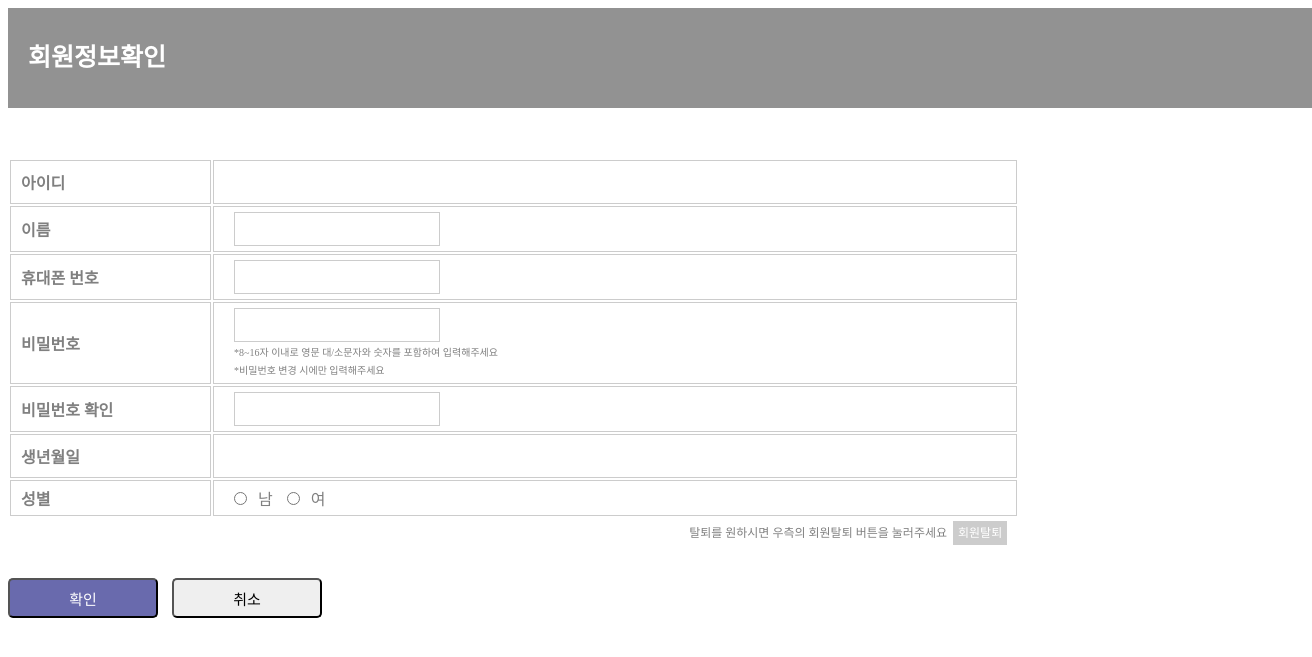
Repository: euzny/Spring-Website
Page: http://localhost/anafor/WEB-INF/views/my_info/info.jsp
These files come from the project's save history. The page is drawn as it stood at one moment and after the next save; the edit follows.
The browser window is 1280 px wide. The page is 1312 px wide, then 1280 px, so the pictures cover 1312 px, including what lies to the right of the window. The pictures show the whole page.
The page is served by Tomcat 9. Nobody is signed in. Other server files are loaded and not shown. The template is opened directly, without the code that normally fills it, so the values that code supplies are empty.

Above is the page before, as saved 2022-06-21 10:38:13.
Console error: ReferenceError: $ is not defined

### Workspace/anafor/src/main/webapp/WEB-INF/views/my_info/info.jsp
<%@ page language="java" contentType="text/html; charset=UTF-8"
    pageEncoding="UTF-8"%>
<%@ taglib prefix="c" uri="http://java.sun.com/jsp/jstl/core" %>
<!DOCTYPE html>
<html>
<head>
<meta charset="UTF-8">
<title>Insert title here</title>
<script type="text/javascript" src="js/join-check.js"></script>
<style>
	#titlename{ width:100%; background:#929292; height:60px; text-align:left; font-size:25px; font-weight:700; line-height:60px; padding: 20px; color:#FFFFFF; }
	table { width: 80%;  }
	table th{width:20%;}
	table td{width:80%;}
	table th, table td {text-align:left;}
	table th, table td {border:1px solid #ccc; padding: 5px 10px; color: gray; }
	#userInfo{
		margin-top:50px;
	}
	input[type="text"],input[type="password"]{
		margin-left:10px;
		border:1px solid #ccc;
		width:200px;
		height:30px;
	}
	input[type="radio"]{
		margin-left:10px;
	}

	#user_birth, #user_id{
		border:0px;
	}
	span{
		font-size:12px;
		margin-left:10px;
	}
	#pwcond{
		font-size:10px;
		margin:0px 0px 0px 10px;

	}

		input[type="button"]{
		width:150px;
		height:40px;
		margin-right:10px;
		margin-top:30px;
		border-radius:5px;
		font-size:15px;
		color:#FFFFFF;
		cursor:pointer;
	}

	input[type="button"]:nth-child(1){
		background:#696AAD;
	}
	input[type="button"]:nth-child(2){
		color:#000000;
	}
	.invalid{color:red;}
	.valid{color:green;}

	#delete-user{
		background:#ccc;
		color:white;
		padding:5px;
	}

	#namemsg, #telmsg, #pwmsg, #pwchkmsg{
		display:inline-block;
		width:300px;
	}
	input:focus{
		border:1px solid #696AAD;
	}
</style>
</head>
<body>
		<div id = "titlename">회원정보확인</div>
		<div id="userInfo">
			<form action="userinfoUpdate" method="post">
			<input type="hidden" name="user_pw" value="${loginInfo.user_pw}"/>
			<table>
				<tr>
					<th>아이디</th>
					<td><input type="text" name="user_id" id="user_id" value="${loginInfo.user_id}" readonly="readonly"/></td>
				</tr>
				<tr>
					<th>이름</th>
					<td><input type="text" name="user_name" class="chk" value = "${loginInfo.user_name}"/><span id="namemsg"></span></td>
				</tr>
				<tr>
					<th>휴대폰 번호</th>
					<td><input type="text" name="user_tel" class="chk" value = "${loginInfo.user_tel}"/><span id="telmsg"></span></td>
				</tr>
				<tr>
					<th>비밀번호</th>
					<td><input type="password" name="new_pw" class="chk"/><span id="pwmsg"></span>
						<div>
						<span id="pwcond">*8~16자 이내로 영문 대/소문자와 숫자를 포함하여 입력해주세요</span><br/>
						<span id="pwcond">*비밀번호 변경 시에만 입력해주세요</span>
						</div>
					</td>
				</tr>
				<tr>
					<th>비밀번호 확인</th>
					<td><input type="password" name="new_pwchk" class="chk" /><span id="pwchkmsg"></span></td>
				</tr>
				<tr>
					<th>생년월일</th>
					<td><input type="text" value="${loginInfo.user_birth }" id="user_birth" readonly="readonly"/></td>
				</tr>
				<tr>
					<th>성별</th>
					<td><label><input type="radio" name="user_gender" value="남" ${loginInfo.user_gender eq "남" ? 'checked':'' }/>&nbsp;&nbsp;남</label>
					<label><input type="radio" name="user_gender" value="여" ${loginInfo.user_gender eq "여" ? 'checked':'' } />&nbsp;&nbsp;여</label></td>
				</tr>
				<tr>
					<td colspan="2" style="border:0px; text-align:right;"><span>탈퇴를 원하시면 우측의 회원탈퇴 버튼을 눌러주세요&nbsp;&nbsp;<a onclick='delete_user(); return false;' id="delete-user">회원탈퇴</a></span></td>
				</tr>
			</table>
			<div id="btn-class">
				<input type="button" value="확인" onclick="checkedinfo()" />
				<input type="button" value="취소" onclick="canceled()"/>
			</div>
		</form>
		</div>
		<script>
			function checkedinfo(){
				//전화번호, 이름, 비밀번호, 비밀번호 확인 검증
				if(!item_check($('[name=new_pw]'))) 		return;
				if(!item_check($('[name=new_pwchk]')))		return;
				if(!item_check($('[name=user_name]')))		return;
				if(!item_check($('[name=user_tel]'))) 		return;
				alert("회원정보가 수정되었습니다!");
				$('form').submit();

			}


			function item_check(item){
				var data = join.tag_status(item);
				if(data.code == 'invalid') {
					item.siblings('span').text(data.desc).removeClass().addClass(data.code);
					item.focus();
					return false;
				}
				return true;
			}

			$('.chk').on('keyup', function (e) {
				//id 입력 후 enter를 누르면 아이디 중복확인 버튼 실행
				var data = join.tag_status($(this)); //입력하고 있는 tag의 값을 보낸 후 결과값 반환
				$(this).siblings('span').text(data.desc).removeClass().addClass(data.code);
			});

			function canceled(){
					alert("변경이 취소되었습니다.");
					location="userinfo.ur";
			}

			function delete_user(){
				if(confirm("정말 탈퇴하시겠습니까?")){
					$.ajax({					//ajax 통신

						url: 'userDelete' ,
						data : {user_id:$("[name=user_id]").val()},
						success : function(response){
							if(response){
								alert("탈퇴가 완료되었습니다.");
								location = "<c:url value='/' />";
							}
						}, error : function(req,text){
							alert(text+' : '+req.status);
						}
					});//ajaxs

				}else{
					alert("취소되었습니다.");
				}
			}
		</script>
</body>
</html>

### Workspace/anafor/src/main/webapp/resources/js/join-check.js
/*anafor 회원가입 유효성검사 js*/
 var space = /\s/g;	// 문자 내 공백여부 판단
 var join = {

	// tag 의 상태를 확인할 함수를 선언(tag_status)하고 받아오는 값을 tag 변수로 지정
	tag_status: function ( tag ) {
		var data = tag.val();	// tag 내 입력된 값을 data 변수에 할당
		tag = tag.attr('name');	// tag 의 name 속성의 값을 확인 ex) id, pw

	// tag 에 입력한 data에 들어있는데 tag의 name 속성의 값으로 id, pw, pw_chk 등을
	// 구분(판단)하여 유효성 검사 진행하려고 함.
		// id 의 상태가 유효한지 아닌지 판단이 필요하므로 함수 선언( id_status() )
		if (tag == 'user_id')		return this.id_status( data );
		else if ( tag == 'user_pw')	return this.pw_status( data );
		else if ( tag == 'pwchk' )	return this.pw_chk_status( data );
 		else if (tag == 'user_name') return this.name_status(data);
		else if (tag == 'user_birth') return this.birth_status(data);
		else if	(tag=='user_tel')	return this.tel_status(data);
		else if (tag=='new_pw')		return this.new_pw_status(data);
		else if (tag=='new_pwchk')	return this.new_pwchk_status(data);
	}
	, id_status : function ( id ) {
		var reg = /^[0-9a-zA-Z]([-_\.]?[0-9a-zA-Z])*@[0-9a-zA-Z]([-_\.]?[0-9a-zA-Z])*\.[a-zA-Z]{2,3}$/;

		if (id == '') 				return this.id.empty;
		else if (reg.test(id))		return this.id.valid;
		else						return this.id.invalid;

	}
	, id : {
		valid 	 : { code : 'valid', desc : '이메일 중복 확인을 해주세요'},
		invalid  : { code : 'invalid', desc : '유효하지 않은 이메일입니다.'},
		usable	 : { code:'valid',    desc:'사용가능한 이메일입니다.'},
		unUsable : { code:'invalid',  desc:'이미 사용중인 이메일입니다'},
		empty 	 : { code: 'invalid', desc:'이메일을 입력하세요 예)happy@anafor.com'}

	}

	, pw_chk_status : function ( pw_ck ) {
		if ( pw_ck == '' )				return this.pw.empty_pwchk;
		else if (pw_ck == $('[name=user_pw]').val())		return this.pw.equal;
		else 							return this.pw.notEqual;
	}


	, pw_status : function ( pw ) {
		// 비밀번호를 영문 대/소문자, 숫자 외 입력시
		var reg = /[^A-Za-z0-9]/g;
		var upper = /[A-Z]/g, lower = /[a-z]/g, digit = /[0-9]/g;
		if ( pw == '' )					return this.pw.empty;
		else if ( pw.match(space))		return this.common.space;
		else if (reg.test(pw))			return this.pw.invalid;
		else if (pw.length < 8 )		return this.common.min;
		else if (pw.length > 16)		return this.common.max;
		else if (!upper.test(pw) || !lower.test(pw) || !digit.test(pw))	return this.pw.lack;
		else							return this.pw.valid;
	}
	, pw : {
		  empty:{ code:'invalid', desc:'비밀번호를 입력해주세요.'}
		, empty_pwchk:{ code:'invalid', desc:'비밀번호를 다시 한번 입력해주세요.'}
		, valid : { code : 'valid', desc : '사용 가능한 비밀번호 입니다.'}
		, equal : { code : 'valid', desc : '비밀번호가 일치합니다.'}
		, notEqual : { code : 'invalid', desc : '비밀번호가 일치하지 않습니다.'}
		, lack : { code : 'invalid', desc : '영문 대/소문자, 숫자를 모두 포함해야 합니다.'}
		, invalid : { code : 'invalid' , desc : '비밀번호를 영문 대/소문자, 숫자를 모두 포함해야합니다.'}
	}
	, common : {
		empty : { code : 'invalid', desc : '입력하세요!' }
		, space : {code : 'invalid', desc : '공백없이 입력하세요'}
		, max : { code : 'invalid', desc : '최대 16자 이하로 입력하세요'}
		, min : { code : 'invalid', desc : '최소 8자 이상 입력하세요'}
	}

	, id_usable : function ( usable ) {
		if (usable)			return this.id.usable;
		else 				return this.id.unUsable;
	}
	, name_status : function (name){
		var reg=/[^가-힣a-zA-Z]/g;
		if(name=='') 			return this.name.empty;
		else if(reg.test(name)) return this.name.invalid;
		else 					return this.name.valid;

	}
	, name:{
		empty:{code:'invalid',desc:'이름을 입력해주세요'},
		valid:{code:'valid',desc:''},
		invalid:{code:'invalid',desc:"한글과 영문 대/소문자만 입력가능합니다"}
	}
	, birth_status:function(birth){
		var birthday = birth;
		var y = parseInt(birth.substr(0,4),10);
		var m = parseInt(birth.substr(4,2),10);
		var d = parseInt(birth.substr(6,2),10);
		var dt = new Date(y,m-1, d); //생년월일 형식 맞는지 판별
		var today = new Date(); //오늘날짜

		if(birth.length!=0 && dt.getDate()!=d ) return this.birth.invalid;
		else if(birth.length!=0 && dt.getMonth()+1 != m )  return this.birth.invalid;
		else if(birth.length!=0 && dt.getFullYear() != y)  return this.birth.invalid;
		else if(y < 1922 || y >today.getFullYear()-13)			 return this.birth.invalid;
		else if((y == today.getFullYear() && m > today.getMonth()+1)|| (y == today.getFullYear() && m == today.getMonth()+1 && d > today.getDate() ))  return this.birth.notAge;
		else if(birth=='') return this.birth.empty;
		else return this.birth.valid;

	}
	, birth:{
		empty:{code:'invalid',desc:'생년월일을 입력하세요. 예)19990101'},
		valid:{code:'valid',desc:''},
		invalid:{code:'invalid',desc:"생년월일을 형식에 맞게 입력해주세요. 예)19990101"},
		notAge :{code:'invalid',desc:"13살 이상만 가입이 가능합니다."}
	}
	, tel_status:function(tel){
		var reg = /^01([0|1|6|7|8|9])-([0-9]{3,4})-([0-9]{4})$/;
		if(tel=='') return this.tel.empty;
		else if(reg.test(tel)) return this.tel.valid;
		else return this.tel.invalid;
	}
	, tel:{
		empty:{code:'invalid',desc:"휴대폰번호를 입력하세요. '-'을 입력해주세요 예)010-1234-5678"},
		valid:{code:'valid',desc:''},
		invalid:{code:'invalid',desc:"휴대폰번호를 형식에 맞게 입력해주세요. '-'을 입력해주세요 예)010-1234-5678"}
	}
	, new_pw_status : function ( pw ) {
		// 비밀번호를 영문 대/소문자, 숫자 외 입력시
		var reg = /[^A-Za-z0-9]/g;
		var upper = /[A-Z]/g, lower = /[a-z]/g, digit = /[0-9]/g;
		if ( pw != '' ){
			if(pw == $('[name=user_pw]').val()) return this.n_pw.prevEqual;
			else if ( pw.match(space))		return this.common.space;
			else if (reg.test(pw))			return this.n_pw.invalid;
			else if (pw.length > 0 && pw.length < 8 )		return this.common.min;
			else if (pw.length > 16)		return this.common.max;
			else if (!upper.test(pw) || !lower.test(pw) || !digit.test(pw))	return this.n_pw.lack;
			else							return this.n_pw.valid;
		}else{
			return this.n_pw.notChange;
		}

	}
	, n_pw : {
		 empty_pwchk:{ code:'invalid', desc:'비밀번호를 다시 한번 입력해주세요.'}
		, valid : { code : 'valid', desc : '사용 가능한 비밀번호 입니다.'}
		, equal : { code : 'valid', desc : '비밀번호가 일치합니다.'}
		, notEqual : { code : 'invalid', desc : '비밀번호가 일치하지 않습니다.'}
		, lack : { code : 'invalid', desc : '영문 대/소문자, 숫자를 모두 포함해야 합니다.'}
		, invalid : { code : 'invalid' , desc : '비밀번호를 영문 대/소문자, 숫자를 모두 포함해야합니다.'}
		, notChange : {code:'valid',desc:''}
		, prevEqual : {code:'invalid', desc:'기존의 비밀번호과 같은 비밀번호를 사용할 수 없습니다.'}
		, chknewpw : { code:'invalid', desc:'비밀번호를 먼저 확인해주세요'	}
	}
	,new_pwchk_status : function ( pw_ck ) {
		if($('[name=new_pw]').val() == '' && pw_ck == ''){     //비밀번호 변경 안할때
			return this.n_pw.notChange;
		}else if($('#pwmsg').hasClass("valid")){
			if($('[name=new_pw]').val() == '' && pw_ck == '' )	return this.n_pw.notChange;
			else if($('[name=new_pw]').val() == pw_ck) return this.pw.equal;
			else if(pw_ck == '')return this.pw.empty_pwchk;
			else{
				return this.pw.notEqual;
			}
		}else{
			return this.n_pw.chknewpw;
		}

	}
}

After the next save:
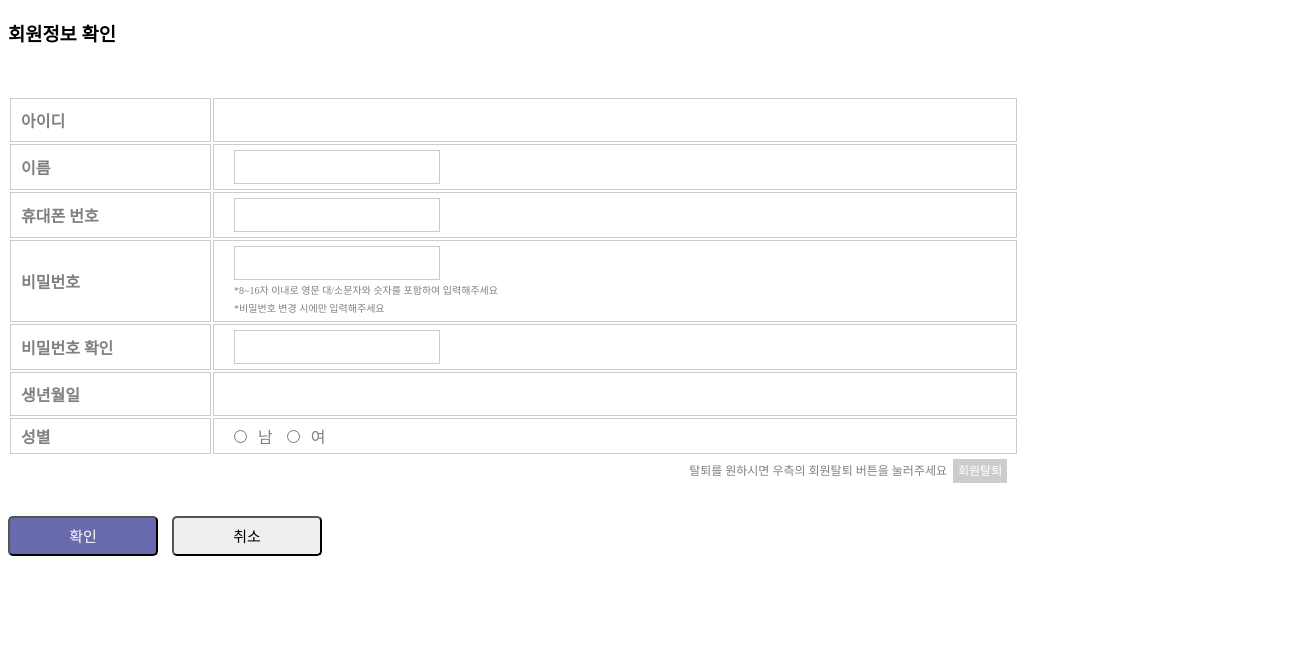
Saved 2 min 10 s later.
--- a/Workspace/anafor/src/main/webapp/WEB-INF/views/my_info/info.jsp
+++ b/Workspace/anafor/src/main/webapp/WEB-INF/views/my_info/info.jsp
@@ -76,7 +76,9 @@
 </style>
 </head>
 <body>
-		<div id = "titlename">회원정보확인</div>
+		<div id="header">
+  				 <h3>회원정보 확인</h3>
+		</div>
 		<div id="userInfo">
 			<form action="userinfoUpdate" method="post">
 			<input type="hidden" name="user_pw" value="${loginInfo.user_pw}"/>
